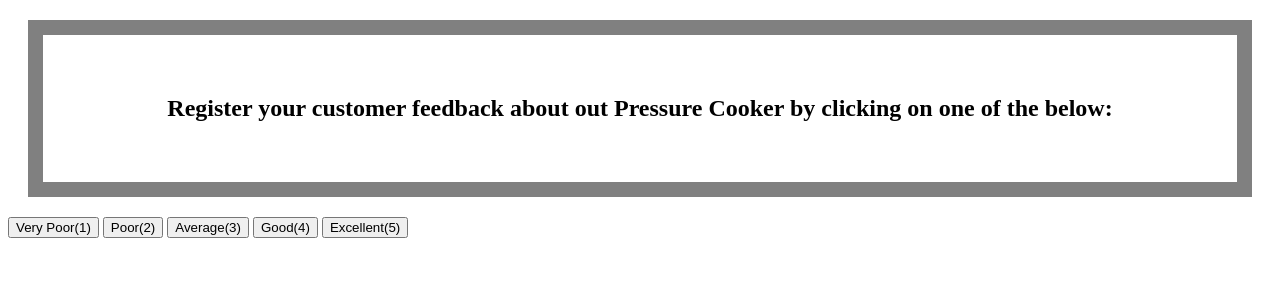
Repository: isaurabhkr/Spring-JavaCourse-101
Page: Spring/WP/GoodsteamProject/WebContent/input.html
These files come from the project's save history. The page is drawn as it stood at one moment and after the next save; the edit follows.
The browser window is 1280 px wide. The pictures show the whole page.

Above is the page before, as saved 2019-08-06 07:41:02.

### Spring/WP/GoodsteamProject/WebContent/input.html
<!DOCTYPE html>
<html>
<head>
<style>
div {
  border: 15px solid grey;
  padding: 40px;
  margin: 20px;
}
</style>
<meta charset="ISO-8859-1">
<title>Please Register Feedback</title>
</head>
<body>
<div>
<h2 align ="center"> Register your customer feedback about out Pressure Cooker by clicking on one of the below:</h2>
</div>
<form action="handlein" method="post">
<input type=submit name = "in1" value="Very Poor(1)">
<input type=submit name ="in1" value="Poor(2)">
<input type=submit name ="in1" value="Average(3)">
<input type=submit name="in1" value="Good(4)">
<input type=submit name ="in1" value="Excellent(5)">
</form>
</body>
</html>

After the next save:
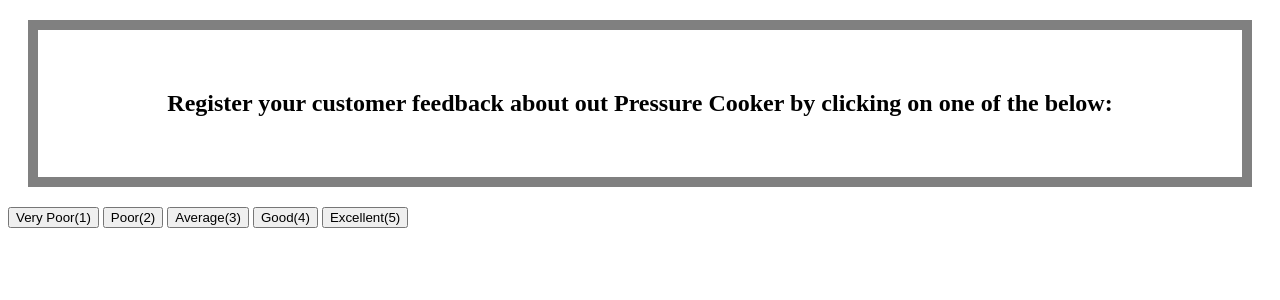
Saved 10 s later.
--- a/Spring/WP/GoodsteamProject/WebContent/input.html
+++ b/Spring/WP/GoodsteamProject/WebContent/input.html
@@ -3,7 +3,7 @@
 <head>
 <style>
 div {
-  border: 15px solid grey;
+  border: 10px solid grey;
   padding: 40px;
   margin: 20px;
 }
